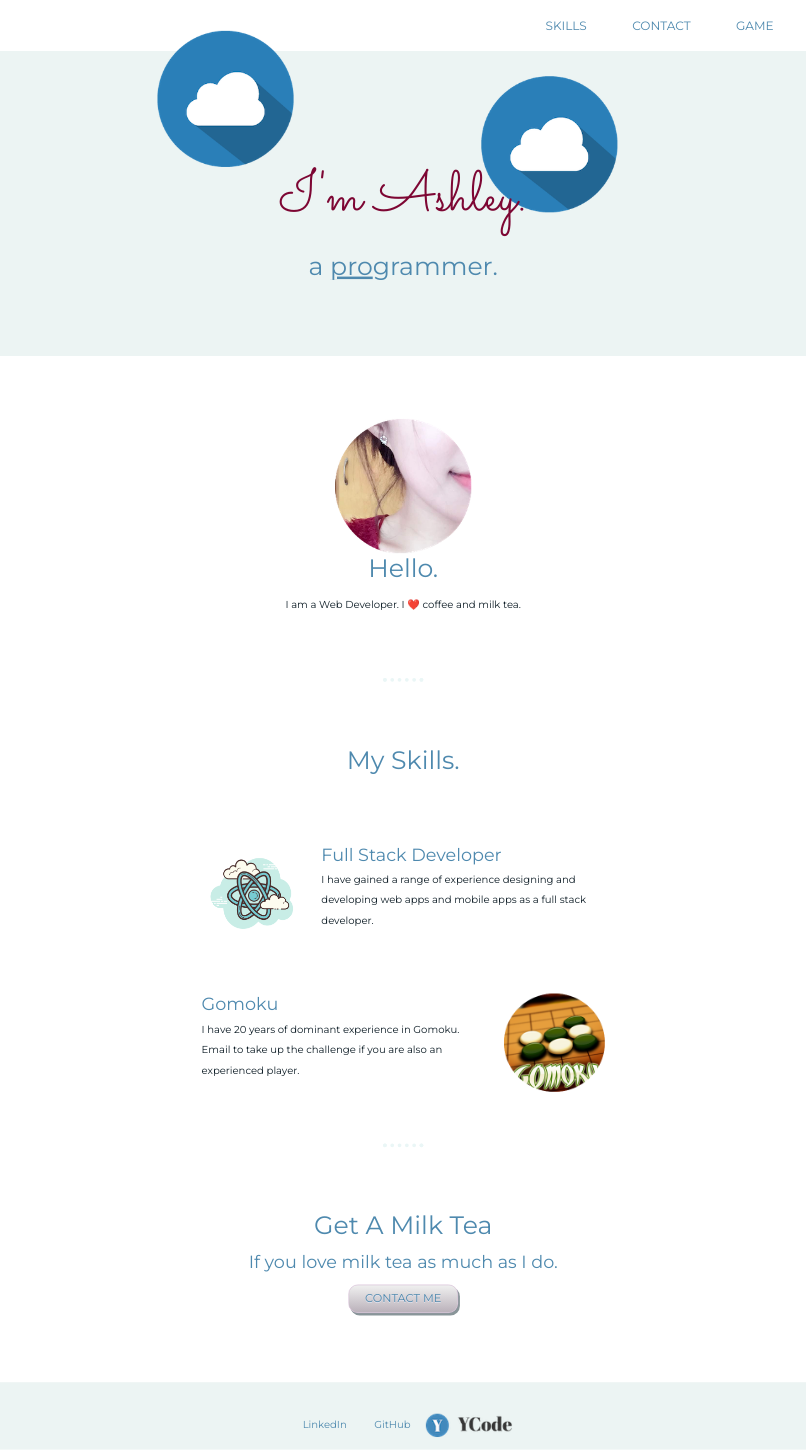
Repository: nosugarpls/YCode-my-website
Page: index.html
These files come from the project's save history. The page is drawn as it stood at one moment and after the next save; the edit follows.
The browser window is 1280 px wide. The pictures show the whole page, at 63% of full size.

Above is the page before, as saved 2020-09-25 10:08:59.

### index.html
<!DOCTYPE html>
<html>
<head>
  <meta charset="utf-8">
  <title>Ashley(Yu) Shi</title>


  <!-- CSS Stylesheets -->
  <link rel="stylesheet" href="https://stackpath.bootstrapcdn.com/bootstrap/4.5.2/css/bootstrap.min.css" integrity="sha384-JcKb8q3iqJ61gNV9KGb8thSsNjpSL0n8PARn9HuZOnIxN0hoP+VmmDGMN5t9UJ0Z" crossorigin="anonymous">
  <link rel="stylesheet" href="css/styles.css">
  <link href="https://fonts.googleapis.com/css?family=Merriweather|Montserrat|Sacramento" rel="stylesheet">
  <link rel="icon" href="images/YLogo.png">


  <!-- Bootstrap Scripts -->
  <script src="https://code.jquery.com/jquery-3.5.1.slim.min.js" integrity="sha384-DfXdz2htPH0lsSSs5nCTpuj/zy4C+OGpamoFVy38MVBnE+IbbVYUew+OrCXaRkfj" crossorigin="anonymous"></script>
  <script src="https://cdn.jsdelivr.net/npm/popper.js@1.16.1/dist/umd/popper.min.js" integrity="sha384-9/reFTGAW83EW2RDu2S0VKaIzap3H66lZH81PoYlFhbGU+6BZp6G7niu735Sk7lN" crossorigin="anonymous"></script>
  <script src="https://stackpath.bootstrapcdn.com/bootstrap/4.5.2/js/bootstrap.min.js" integrity="sha384-B4gt1jrGC7Jh4AgTPSdUtOBvfO8shuf57BaghqFfPlYxofvL8/KUEfYiJOMMV+rV" crossorigin="anonymous"></script>
</head>

<body>

  <!-- Nav Bar -->
  <nav class="navbar navbar-expand-lg navbar-light">
    <button class="navbar-toggler" type="button" data-toggle="collapse" data-target="#navbarToggler">
        <span class="navbar-toggler-icon"></span>
    </button>

    <div class="collapse navbar-collapse" id="navbarToggler">
      <ul class="navbar-nav ml-auto">
        <li class="nav-item">
          <a class="nav-link" href="#skills">SKILLS</a>
        </li>
        <li class="nav-item">
          <a class="nav-link" href="#contact">CONTACT</a>
        </li>
        <li class="nav-item">
          <a class="nav-link" href="piano.html">GAME</a>
        </li>
      </ul>
    </div>
  </nav>


  <div class="top-container">
    <img class="top-cloud" src="images/cloud.png" alt="cloud">
    <div class="title-text">
      <h1 class="big-title">I'm Ashley.</h1>
      <h2>a <span class="pro">pro</span>grammer.</h2>
    </div>
    <img class="bottom-cloud" src="images/cloud.png" alt="cloud">
  </div>

  <div class="middle-container">
    <div class="profile">
      <img src="images/ashely.png" alt="ashley-profile-img">
      <h2>Hello.</h2>
      <p class="intro">I am a Web Developer. I ❤️ coffee and milk tea.</p>
    </div>
    <hr>
    <div class="skills" id="skills">
      <h2>My Skills.</h2>
      <div class="skill-row">
        <img class="react-img" src="images/react.png" alt="react-img">
        <h3>Full Stack Developer</h3>
        <p>I have gained a range of experience designing and developing web apps and mobile apps as a full stack developer.</p>
      </div>
      <div class="skill-row">
        <img class="game-img" src="images/game.png" alt="game-img">
        <h3>Gomoku</h3>
        <p>I have 20 years of dominant experience in Gomoku. Email to take up the challenge if you are also an experienced player.</p>
      </div>

    </div>
    <hr>
    <div class="contact-me" id="contact">
      <h2>Get A Milk Tea</h2>
      <h3>If you love milk tea as much as I do.</h3>
      <a class="btn" href="mailto:coloraworld@gmail.com">CONTACT ME</a>
    </div>
  </div>


  <div class="bottom-container">
    <a href="https://www.linkedin.com/in/yu-ashley-shi-328239197/">LinkedIn</a>
    <a href="https://github.com/nosugarpls">GitHub</a>
    <img src="images/logo.png" alt="img">
  </div>
</body>
</html>

### css/styles.css
body {
  color: #40514E;
  margin: 0;
  text-align: center;
  font-family: 'Merriweather', serif;
}

h1 {
  color: #7d0633;
  font-size: 5.625rem;
  margin: 50px auto 0 auto;
  font-family: 'Sacramento', cursive;
  z-index: 1;
  position: relative;
}

h2 {
  color: #4e89ae;
  font-family: 'Montserrat', sans-serif;
  font-size: 2.5rem;
  font-weight: normal;
  padding-bottom: 10px;
}

h3 {
  color: #4e89ae;
  font-family: 'Montserrat', sans-serif;
}

p {
  line-height: 2;
  color: #0f1e27;
  font-family: 'Montserrat', sans-serif;
}

hr {
  border: dotted #EAF6F6 6px;
  border-bottom: none;
  width: 4%;
  margin: 100px auto;
}

a {
  color: #4e89ae;
  font-family: 'Montserrat', sans-serif;
  margin: 10px 20px;
  text-decoration: none;
}

.big-title {
  padding-top: 30px;
  padding-bottom: 30px;
}


.top-container {
  background-color: #ecf4f3;
  position: relative;
  padding-top: 100px;
  padding-bottom: 100px;
}

.middle-container {
  margin: 100px 0;
}

.bottom-container {
  background-color: #ecf4f3;
  padding: 50px 0 20px;
}

.skill-row {
  width: 50%;
  margin: 100px auto 100px auto;
  text-align: left;
}

.pro {
  text-decoration: underline;
}

.intro {
  width: 30%;
  margin: auto;
  color: #0f1e27;
  font-family: 'Montserrat', sans-serif;
}

.contact-message {
  width: 40%;
  margin: 40px auto 60px;
}

.top-cloud {
  position: absolute;
  right: 300px;
  top: 40px;
}

.bottom-cloud {
  position: absolute;
  left: 250px;
  bottom: 300px;
}

.react-img {
  width: 25%;
  float: left;
  margin-right: 30px;
}

.game-img {
  width: 25%;
  float: right;
  margin-left: 30px;
}

.btn {
	box-shadow: 3px 4px 0px 0px #899599;
	background:linear-gradient(to bottom, #ededed 5%, #bab1ba 100%);
	background-color:#ededed;
	border-radius:15px;
	border:1px solid #d6bcd6;
	display:inline-block;
	cursor:pointer;
	color:#4e89ae;
  font-family: 'Montserrat', sans-serif;
	font-size:18px;
	padding:8px 25px;
	text-decoration:none;
	text-shadow:0px 1px 0px #e1e2ed;
}

.btn:hover {
	background:linear-gradient(to bottom, #bab1ba 5%, #ededed 100%);
	background-color:#bab1ba;
}

.btn:active {
	position:relative;
	top:1px;
}

/* Navigation Bar */

.nav-item {
  padding: 0 8px;
}

.nav-link {
  font-size: 1.2rem;
  font-family: 'Montserrat', sans-serif;
  color: #4e89ae !important;
  z-index: 2;
  position:relative;
}

After the next save:
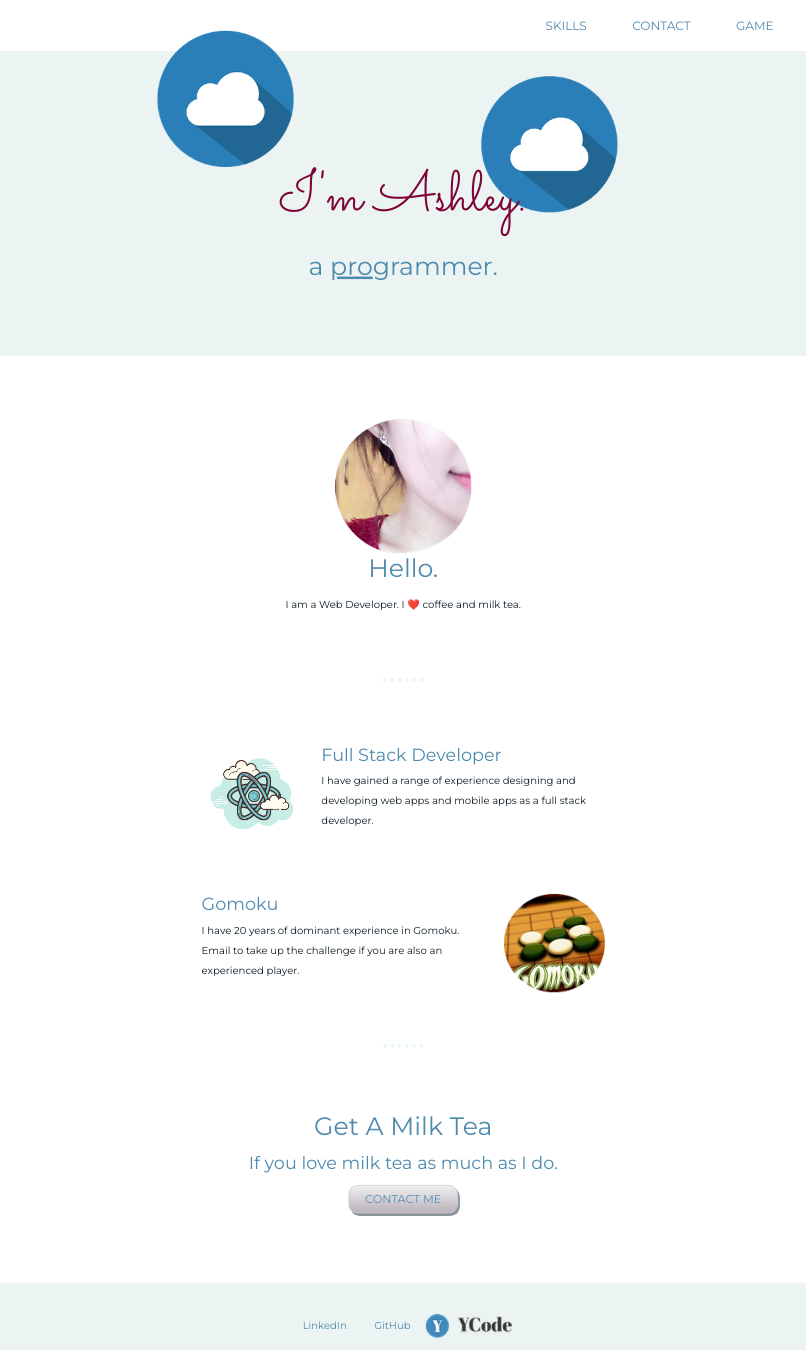
Saved 34 s later.
--- a/index.html
+++ b/index.html
@@ -59,7 +59,6 @@
     </div>
     <hr>
     <div class="skills" id="skills">
-      <h2>My Skills.</h2>
       <div class="skill-row">
         <img class="react-img" src="images/react.png" alt="react-img">
         <h3>Full Stack Developer</h3>
